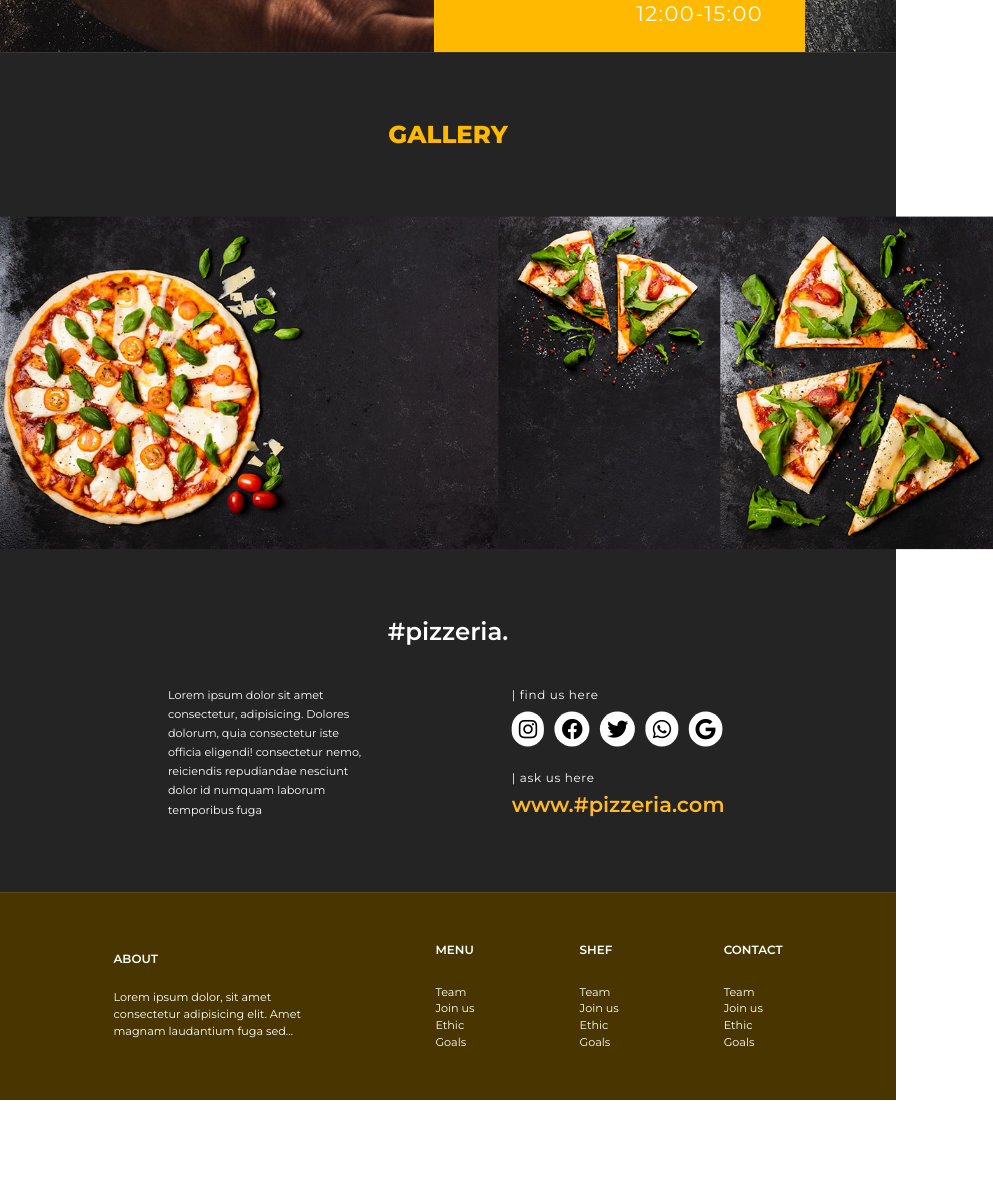
Repository: phu1204/pizzeria.github.io
Page: index.html
These files come from the project's save history. The page is drawn as it stood at one moment and after the next save; the edit follows.
The browser window is 1280 px wide. The page is 1419 px wide, so the pictures cover 1419 px, including what lies to the right of the window. The pictures show the part of the page from y = 3218 to 4938 px (the page is 4938 px tall before and 4790 px after), at 70% of full size.
The style sheet was rebuilt from its Sass, Less or Tailwind sources for each picture, by a compiler version that may differ from the author's.

Above is the page before, as saved 2021-07-29 23:24:09.

### index.html
<!DOCTYPE html>
<html lang="en">
  <head>
    <meta charset="UTF-8" />
    <meta http-equiv="X-UA-Compatible" content="IE=edge" />
    <meta name="viewport" content="width=device-width, initial-scale=1.0" />
    <title>#pizzeria</title>
    <link rel = "icon" href =
    "images/pizza.png"
            type = "image/x-icon">
    <link rel="preconnect" href="https://fonts.googleapis.com">
    <link rel="preconnect" href="https://fonts.gstatic.com" crossorigin>
    <link href="https://fonts.googleapis.com/css2?family=Montserrat:wght@300;400;600;800&display=swap" rel="stylesheet">
    <link rel="stylesheet" href="https://cdnjs.cloudflare.com/ajax/libs/font-awesome/5.15.3/css/all.min.css">
    <link rel="stylesheet" href="reset.css">
    <link rel="stylesheet" href="style.css">

  </head>
  <body>
      <div class="wrapper">
        <div class="container">
          <header id="header" class="header">
             <a href="#" class="header-logo">#pizzeria.</a>
             <nav class="header-menu">
               <ul class="header-list">
                 <li class="header-item"><a href="#menu" class="header-link">Menu</a></li>
                 <li class="header-item"><a href="#blog" class="header-link">Blog</a></li>
                 <li class="header-item"><a href="#about" class="header-link">About us</a></li>
                 <li class="header-item"><a href="#contact" class="header-link">Contacts</a></li>

               </ul>
               <i class="fas fa-times header-times"></i>
             </nav>
             <div class="header-info">
                <button href="" class="header-icon icon-search"><i class="fas fa-search"></i></button>
                <a href="" class="header-icon"><i class="fas fa-user"></i></a>
                <a href="" class="header-icon"><i class="fas fa-shopping-cart"></i></a>
             </div>
             <div class="header-bar">
                <i class="fas fa-bars"></i>
             </div>

             <div class="header-search">
                <input type="text" class="header-input" placeholder="Search">
             </div>
          </header>

          <section class="intro">
            <div class="intro-content">
              <div class="intro-title">
                <span class="intro-name intro--grand">grand</span>
                <span class="intro-name intro--opening">opening</span>
              </div>
              <a href="" class="button intro-button">read more</a>
            </div>
          </section>
        </div>

          <section  class="format">

            <div class="format-top">
                <div class="format-content">
                    <div class="format-title">new format</div>
                    <div class="format-info">
                      <h2 class="format-new">What new?</h2>
                      <ul class="format-list">
                        <li class="format-item">| Sed do eiusmod tempor incididunt ut Labore et</li>
                        <li class="format-item">| Dolore magna aliqua</li>
                        <li class="format-item">| Quis ipsum suspendisse ultrices gravida</li>
                      </ul>
                    </div>
                </div>
                <img src="images/format.png" alt="" class="format-img">
            </div>

            <div class="format-bottom  reveal">
              <div class="format-column">
                <h3 class="format-head">| new format</h3>
                <p class="fotmat-desc text">Lorem ipsum, dolor sit amet consectetur adipisicing elit. Inventore aliquid saepe atque quaerat ipsam tempore, quae perferendis laudantium esse architecto quas sint quia beatae id alias, sed dicta reprehenderit asperiores.</p>
              </div>
              <div class="format-column">
                <h3 class="format-head">|| master classes</h3>
                <p class="fotmat-desc text">Lorem ipsum, dolor sit amet consectetur adipisicing elit. Inventore aliquid saepe atque quaerat ipsam tempore, quae perferendis laudantium esse architecto quas sint quia beatae id alias, sed dicta reprehenderit asperiores.</p>
              </div>
              <div class="format-column">
                <h3 class="format-head">||| pizza restaurant</h3>
                <p class="fotmat-desc text">Lorem ipsum, dolor sit amet consectetur adipisicing elit. Inventore aliquid saepe atque quaerat ipsam tempore, quae perferendis laudantium esse architecto quas sint quia beatae id alias, sed dicta reprehenderit asperiores.</p>
              </div>
            </div>

          </section>

          <section id="menu" class="menu">
            <div class="menu-heading">
              <h2 class="menu-title  reveal">#pizzeria</h2>
              <p class="menu-order  reveal">our new menu</p>
            </div>
            <div class="menu-list  reveal">
              <div class="menu-item">
                <div class="menu-name">
                    <h3 class="menu-name-order"> | pizza bò & gà</h3>
                    <p class="menu-desc">(bò, trứng, xúc xích, trứng cút, bò viên)</p>
                </div>
                <p class="menu-price">10$</p>
              </div>
              <div class="menu-item">
                <div class="menu-name">
                    <h3 class="menu-name-order">| pizza heo sữa</h3>
                    <p class="menu-desc">(bò, trứng, xúc xích)</p>
                </div>
                <p class="menu-price">10$</p>
              </div>
              <div class="menu-item">
                <div class="menu-name">
                    <h3 class="menu-name-order">| pizza gà sốt cay</h3>
                    <p class="menu-desc">(bò, trứng, xúc xích, trứng cút, bò viên)</p>
                </div>
                <p class="menu-price">10$</p>
              </div>
              <div class="menu-item">
               <div class="menu-name">
                    <h3 class="menu-name-order">| pizza bò né</h3>
                    <p class="menu-desc">(bò, trứng, xúc xích)</p>
                </div>
                <p class="menu-price">10$</p>
              </div>
           </div>
           <div class="menu-bottom reveal">
             <p class="menu-hightlight">||| _ top in menu</p>
             <p class="menu-hightlight">||| _ sale iteam</p>
             <p class="menu-hightlight">||| _ made by shef</p>
           </div>

          </section>

          <section id="about"  class="about">
              <div class="about-body">
                <h2 class="about-title reveal">about our <span>concept</span></h2>
                <p class="about-desc text reveal">Lorem ipsum dolor sit amet consectetur adipisicing elit. Ad corporis rerum voluptas, consectetur beatae voluptatum recusandae tempora excepturi, temporibus quo veritatis ratione atque accusantium ea delectus eos harum culpa enim!</p>
                <ul class="about-list reveal">
                  <li class="about-item"><a href="">Pizza</a></li>
                  <li class="about-item"><a href="">Modem concept</a></li>
                  <li class="about-item"><a href="">Story from shef</a></li>
                  <li class="about-item"><a href="">Gallery</a></li>
                </ul>
              </div>
          </section>

          <section id="blog" class="class">
            <div class="class-content">
              <div class="class-name">
                <h1 class="class-caption reveal">masterclass</h1>
              </div>
              <div class="class-body reveal">
                <h2 class="class-heading">| the recipe for the most delicious pizza dough |</h2>
                <p class="class-desc">waiting for you</p>
                <div class="class-price">
                  <p class="class-info">price_<span>15$</span></p>
                  <p class="class-info">12:00-15:00</p>
                </div>
              </div>
                <a href="" class="class-button reveal">apply</a>
            </div>
          </section>

          <section id="contact" class="gallery ">
            <h2 class="gallery-heading reveal">gallery</h2>
            <div class="gallery-img ">
              <img src="./images/pizzaleft.jpg" alt="" class="gallery-img-item reveal">
              <img src="./images/pizzacenter.jpg" alt="" class="gallery-img-item reveal">
              <img src="./images/pizzaright.jpg" alt="" class="gallery-img-item reveal">
            </div>

            <div class="gallery-bottom">
              <h2 class="gallery-title">#pizzeria.</h2>
              <div class="gallery-content">
                <div class="gallery-desc reveal">Lorem ipsum dolor sit amet consectetur, adipisicing. Dolores dolorum, quia consectetur iste officia eligendi! consectetur nemo, reiciendis repudiandae nesciunt dolor id numquam laborum temporibus fuga</div>

              <div class="gallery-contact">
                <div class="gallery-social reveal">
                  <p class="gallery-block">| find us here</p>
                  <div class="gallery-link">
                    <i class="fab fa-instagram"></i>

                    <i class="fab fa-facebook"></i>

                    <i class="fab fa-twitter"></i>

                    <i class="fab fa-whatsapp"></i>

                    <i class="fab fa-google"></i>
                  </div>

                </div>

                <div class="gallery-info reveal">
                  <p class="gallery-block">| ask us here</p>
                  <a href="" class="gallery-web">www.#pizzeria.com</a>

                </div>
              </div>
            </div>
          </div>
          </section>

          <a href="#" class="ontop" >
            <i class="fas fa-arrow-up"></i>
          </a>

          <footer id="footer" class="footer reveal">
            <div class="footer-about footer-repon">
              <h3 class="footer-title">about</h3>
              <p class="footer-desc text">
                Lorem ipsum dolor, sit amet consectetur adipisicing elit. Amet magnam laudantium fuga sed aliquid doloremque quos repellendus quis. Est non laboriosam incidunt recusandae, sed natus dignissimos eaque pariatur culpa esse.
              </p>

            </div>

              <div class="footer-item footer-repon">
                <h3 class="footer-title">menu</h3>

                <ul>
                  <li class="footer-link"><a href="" class="footer-item-link">Team</a></li>
                  <li class="footer-link"><a href="" class="footer-item-link">Join us</a></li>
                  <li class="footer-link"><a href="" class="footer-item-link">Ethic</a></li>
                  <li class="footer-link"><a href="" class="footer-item-link">Goals</a></li>
                </ul>
              </div>

              <div class="footer-item footer-repon">
                <h3 class="footer-title">shef</h3>
                <ul>
                  <li class="footer-link"><a href="" class="footer-item-link">Team</a></li>
                  <li class="footer-link"><a href="" class="footer-item-link">Join us</a></li>
                  <li class="footer-link"><a href="" class="footer-item-link">Ethic</a></li>
                  <li class="footer-link"><a href="" class="footer-item-link">Goals</a></li>
                </ul>
              </div>

              <div class="footer-item footer-repon">
                <h3 class="footer-title">contact</h3>
                <ul>
                  <li class="footer-link"><a href="" class="footer-item-link">Team</a></li>
                  <li class="footer-link"><a href="" class="footer-item-link">Join us</a></li>
                  <li class="footer-link"><a href="" class="footer-item-link">Ethic</a></li>
                  <li class="footer-link"><a href="" class="footer-item-link">Goals</a></li>
                </ul>
              </div>
        </footer>

      </div>
    <script type="text/javascript" src="https://cdnjs.cloudflare.com/ajax/libs/jquery/3.6.0/jquery.min.js"></script>
    <script src="js/main.js"></script>
    <script src="js/search.js"></script>

  </body>
</html>

### reset.css
html,
body,
div,
span,
applet,
object,
iframe,
h1,
h2,
h3,
h4,
h5,
h6,
p,
blockquote,
pre,
a,
abbr,
acronym,
address,
big,
cite,
code,
del,
dfn,
em,
img,
ins,
kbd,
q,
s,
samp,
small,
strike,
strong,
sub,
sup,
tt,
var,
b,
u,
i,
center,
dl,
dt,
dd,
ol,
ul,
li,
fieldset,
form,
label,
legend,
table,
caption,
tbody,
tfoot,
thead,
tr,
th,
td,
article,
aside,
canvas,
details,
embed,
figure,
figcaption,
footer,
header,
hgroup,
menu,
nav,
output,
ruby,
section,
summary,
time,
mark,
audio,
video {
  margin: 0;
  padding: 0;
  border: 0;
  font-size: 100%;
  font: inherit;
  vertical-align: baseline;
}
/* HTML5 display-role reset for older browsers */
article,
aside,
details,
figcaption,
figure,
footer,
header,
hgroup,
menu,
nav,
section {
  display: block;
}
body {
  line-height: 1;
}
ol,
ul {
  list-style: none;
}
blockquote,
q {
  quotes: none;
}
blockquote:before,
blockquote:after,
q:before,
q:after {
  content: "";
  content: none;
}
table {
  border-collapse: collapse;
  border-spacing: 0;
}
*,
*:before,
*:after {
  box-sizing: border-box;
}
/* using rem unit */
html {
  font-size: 62.5%;
}
a {
  text-decoration: none;
  color: white;
}
img {
  display: block;
  max-width: 100%;
}
body {
  font-family: "Montserrat", sans-serif;
  font-size: 16px;
  line-height: 1;
}
input,
button,
textarea,
select {
  outline: none;
  font-family: "Montserrat", sans-serif;
  font-size: 16px;
  line-height: 1;
}
input {
  line-height: normal;
}
button {
  cursor: pointer;
  border: none;
  outline: none;
  background-color: transparent;
}

### style.scss
@import"scss/global";
@import"scss/header";
@import"scss/variables";
@import"scss/intro";
@import"scss/format";
@import"scss/menu";
@import"scss/about";
@import"scss/class";
@import"scss/gallery";
@import"scss/footer";
@import"scss/animation";

### scss/_global.scss
.container{
  background: url(./images/hero-img.jpg) no-repeat center/cover;
  width: 100%;
  margin: 0 auto;
  height: 100vh;
  position: relative;
}

html{
  scroll-behavior: smooth;
  -webkit-overflow-scrolling: touch;
}

.wrapper{
  max-width: 100%;
  position: relative;

}

.button{
  padding: 20px 40px;
  border: 4px solid #fff;
  font-size: 30px;
  text-transform: uppercase;
  color: white;
  font-weight: 600;
}

.text{
  font-weight: 300;
  font-size: 16px;
  margin-top: 35px;
  line-height: 1.5;
  color: black;
  font-weight: 400;
  display:-webkit-box;
  -webkit-line-clamp:3;
  -webkit-box-orient: vertical;
  overflow: hidden;
  text-overflow: ellipsis;
  word-break: break-word;
}

@media screen and (max-width: 1279px) {
  .container {

      background-position: top;
      height: 960px;
  }
}

@media screen and (max-width: 1023px) {
  .container {
    background-position: top;
    height: 960px;
}
}

@media screen and (max-width: 767px) {
  .container {
    background-size: auto 800px;
    background-position: center;
    height: 800px;
    background-color: #242424;
}
}


.reveal{
  opacity: 0;
  transform: translateY(100%);
  transition: all 0.4s linear;
}

.reveal.active{
  opacity: 1;
  transform: translateY(0);
  transition: all 0.3s linear;
  // .gallery-title::before{
  //     display: none;
  // }
}

.ontop{
  position: fixed;
  right: 60px;
  z-index: 99;
  bottom: 80px;
  width: fit-content;
  background-color: #ffba00;
  border-radius: 100rem;
  cursor: pointer;
  i{
     padding: 18px;
     font-size: 15px;
     color: white;
  }
  display: none;
  animation: bottotop 0.4s linear;
}

@media screen and (max-width: 1023px) {
  .ontop{
    right: 30px;
  }
}

### scss/_variables.scss
$black-gray: #242424;

### scss/_intro.scss
.intro{
    background-color: #ffba00;
    height: 200px;
    position: absolute;
    top: 50%;
    left: 50%;
    transform: translate(-50%,-50%);
    width: 100%;
    display: flex;
    align-items: center;
    padding: 0 10px;
    &-content{
        width: 1200px;
        margin: 0 auto;
        display: flex;
        justify-content: space-between;
        align-items: center;
        padding-top: 75px;
    }
    &--grand{
        animation: lefttoright 0.5s linear;
    }
    &--opening{
        animation: righttoleft 0.5s linear;
    }
    &-name{
        display: block;
        text-transform: uppercase;
        font-size: 130px;
        color: white;
        letter-spacing: 10px;
    }
    &-name:first-child{
        font-weight: 800;
    }
    &-name:last-child{
        font-weight: 200;
    }

    &-button{
        margin-top: 130px;
        background-color: #ffba00;
        animation: bottotop 0.5s linear;
    }

    @media screen and (max-width: 1279px) {
        height: 150px;
        &-content{
            flex-direction: column;
            transform: translateY(130px)
        }
        &-name {
            font-size: 90px;
            width: fit-content;
        }

        &-title {
            width: 100%;
        }

        &-name:last-child{
            margin-left: auto;
        }

        &-button{
            margin-top: 200px;

        }
    }

    @media screen and (max-width: 1023px) {
        height: 120px;
       &-name{
           font-size: 60px;
       }

       &-button{
           margin-top: 170px;
           padding: 15px 30px;
           font-size: 23px;
       }

       &-content{
            transform: translateY(105px)
       }
    }

    @media screen and (max-width: 767px) {
        height: 100px;
       &-name{
           font-size: 50px;
           letter-spacing: 3px;
       }

       &-content{
        transform: translateY(100px)
       }

       &-button{
           padding: 15px 30px;
           font-size: 23px;
           margin-top: 170px;
       }
    }


}

### scss/_about.scss
.about{
    padding: 120px 20px;
    display: flex;
    flex-direction: column;
    justify-content: center;
    align-items: center;
    text-align: center;
    background-color: #242424;
    max-width: 100%;
    &-body{
        width: 700px;
    }
    &-title{
        margin-bottom: 40px;
        font-size: 35px;
        text-transform: uppercase;
        color: #ffba00;
        span{
            font-weight: 800;

        }
    }

    &-desc{
        margin-bottom: 30px;
        font-weight: 200;
        line-height: 1.7;
        display:-webkit-box;
        -webkit-line-clamp:2;
        -webkit-box-orient: vertical;
        overflow: hidden;
        text-overflow: ellipsis;
        word-break: break-word;
        color: white;
        letter-spacing: 1px;
    }

    &-list{
        display: flex;
        align-items: center;
        justify-content: center;
    }

    &-item{
        margin: 0 10px;
        font-size: 14px;
        font-weight: 600;
    }
    @media screen and (max-width: 767px) {
        padding: 100px 20px;
        &-body{
            max-width: 100%;
        }
        &-item{
            font-size: 10px;
        }

    }

}

### scss/_class.scss
.class{
    background: url(./images/class.jpg) no-repeat center/cover;
    width: 100%;
    margin: 0 auto;
    height: 100vh;
    position: relative;
    padding: 80px 130px 140px 0;
    color: white;
    &-content{
        display:flex;
        flex-direction:column;
        width: 530px;
        margin-left: auto;
    }
    &-name{
        margin-bottom: 80px;
    }
    &-caption{
        text-transform: uppercase;
        font-weight: 600;
        font-size: 30px;
        text-align: right;
    }
    &-body{
        padding: 100px 60px 65px;
        background-color: #ffba00;
    }
    &-heading{
        font-size: 40px;
        font-weight: 600;
        line-height: 1;
        text-transform: uppercase;
        margin-bottom: 40px;
    }

    &-desc{
        font-size: 30px;
        font-weight: 600;
        margin-bottom: 85px;
    }

    &-price{
        width: fit-content;
        text-transform: uppercase;
        font-size: 30px;
        margin-left: auto;
        letter-spacing: 2px;
        span{
            font-weight: 600;
        }
    }
    &-info:first-child{
        margin-bottom: 15px;
    }

    &-body{
        margin-bottom: 40px;
    }

    &-button{
        padding: 50px 30px 20px;
        background-color: #ffba00;
        width: 85%;
        margin-left: auto;
        font-size: 32px;
        text-transform: uppercase;
        font-weight: 600;
    }

    @media screen and (max-width: 1279px) {
        height: 75vh;
    }

    @media screen and (max-width: 767px) {
        padding-right: 0;
        height: 100vh;
        &-content{
            width: 100%;
        }
        &-name{
            padding-right: 10px;
        }
        &-heading{
            font-size: 28px;
        }
        &-body{
            padding: 50px 35px;
        }
        &-button{
            width: 60%;
            padding-top: 30px;
            font-size: 25px;
        }
        &-desc{
            font-size: 25px;
        }
        &-price{
            font-size: 25px;
        }
    }

}

### scss/_footer.scss
.footer {
  padding: 70px 100px;
  color: white;
  display: flex;
  align-items: center;
  justify-content: center;
  background-color: #483500;
  max-width: 100%;
  flex-wrap: wrap;

  &-about{
      width: 280px;
      margin-right: 180px;
  }

  &-item:not(:last-child){
      margin-right: 150px;
  }
  &-item{
      line-height: 1.5;
  }

  &-desc{
      color: white;
      line-height: 1.5;
  }

  &-title{
      margin-bottom: 35px;
      font-size: 17px;
      font-weight: 600;
      text-transform: uppercase;
  }
  @media screen and (max-width: 767px) {
      padding: 0 0 0 10px;
    //   gap: 10px;
    &-title {
        margin-bottom: 10px;
    }
    &-repon{
        flex: 1 1 50%;
        width: 100%;
        padding: 10px;
    }
    &-about{
        margin-right: 0;
    }
    &-item:not(:last-child){
        margin-right: 0;
    }
  }

}

### scss/_animation.scss
@keyframes lefttoright{
    from{
        opacity: 0;
        transform: translateX(-100%);
    }
    to{
        opacity: 1;
        transform: translateX(0);
     }
}

@keyframes righttoleft{
    from{
        opacity: 0;
        transform: translateX(100%);
    }
    to{
        opacity: 1;
        transform: translateX(0);
     }
}

@keyframes bottotop{
    from{
        opacity: 0;
        transform: translateY(100%);
    }
    to{
        opacity: 1;
        transform: translateX(0);
     }
}

@keyframes toptobot{
    from{
        opacity: 0;
        transform: translateY(-200%);
    }
    to{
        opacity: 1;
        transform: translateX(0);
     }
}

@keyframes fadeOut{
    from{
        opacity: 0;
        transform: scale(1);
    }
    to{
        opacity: 1;
        transform: scale(0);
     }
}

Loaded but not shown: js/main.js (59 lines, source omitted); js/search.js (6 lines, source omitted); scss/_header.scss (236 lines, source omitted); scss/_format.scss (210 lines, source omitted); scss/_menu.scss (225 lines, source omitted); scss/_gallery.scss (165 lines, source omitted)

After the next save:
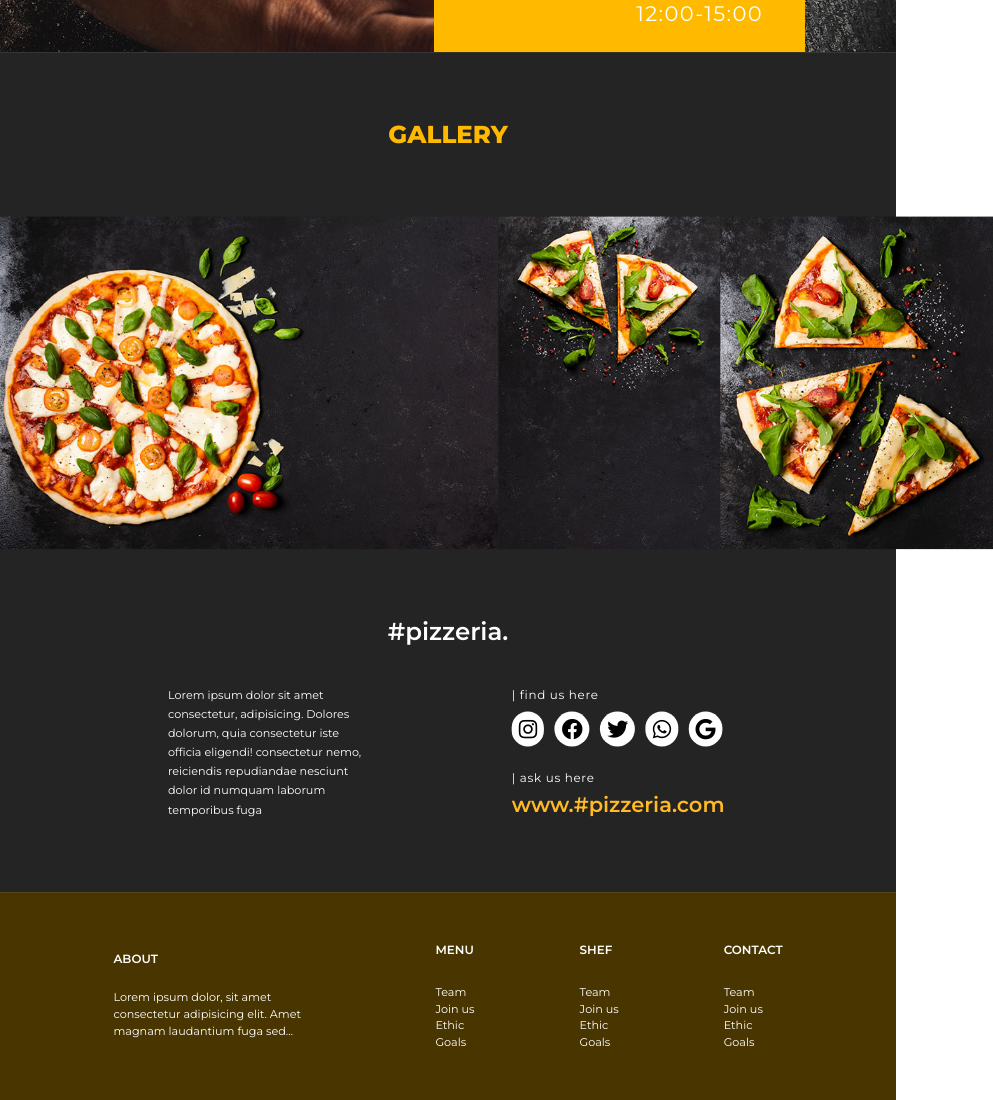
Saved 11 s later.
--- a/index.html
+++ b/index.html
@@ -207,7 +207,7 @@
             <i class="fas fa-arrow-up"></i>
           </a>
 
-          <footer id="footer" class="footer reveal">
+          <footer id="footer" class="footer">
             <div class="footer-about footer-repon">
               <h3 class="footer-title">about</h3>
               <p class="footer-desc text">
